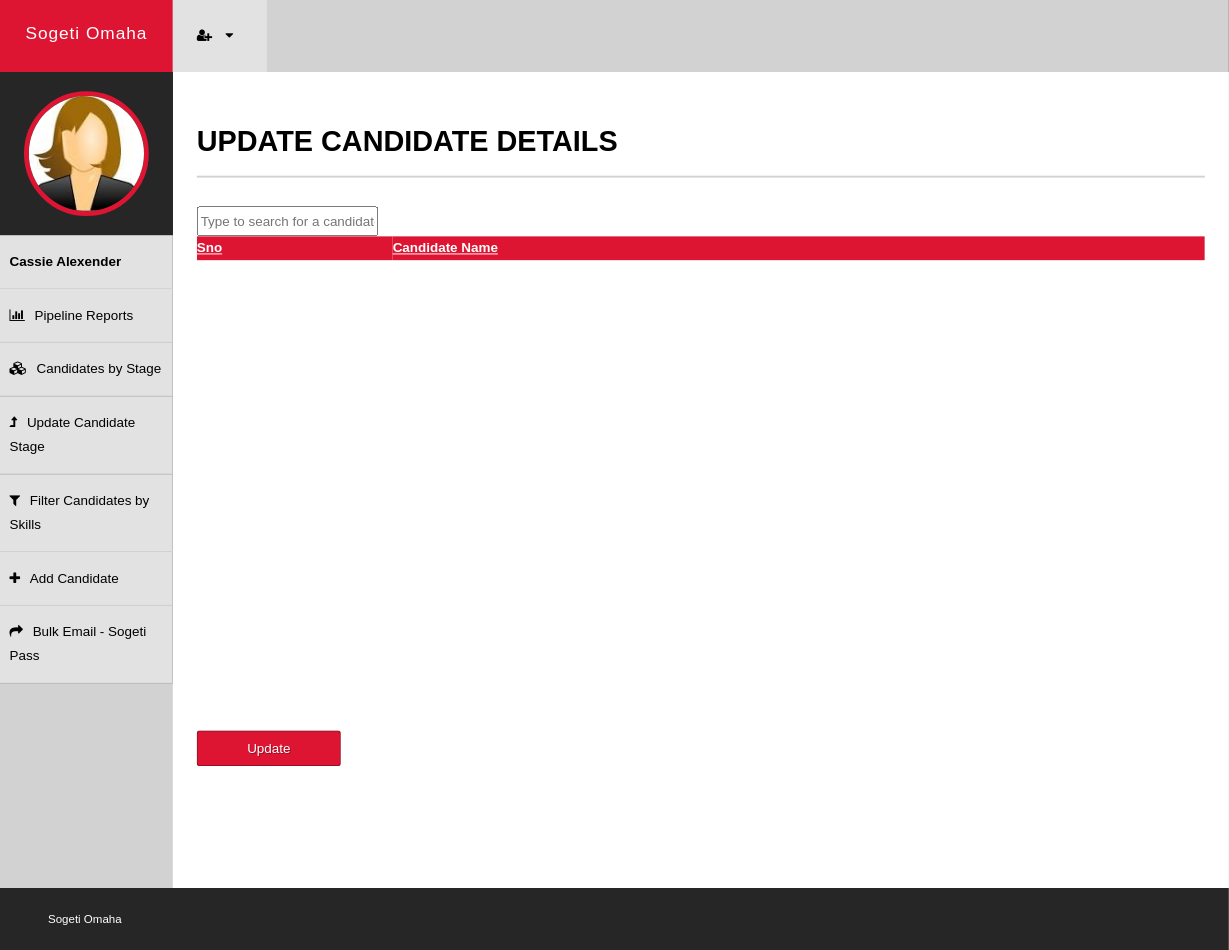
Repository: prasanana/Omaha-Sogeti-Recruiting
Page: http://localhost/Omaha_Sogeti_Recruitment/ModifyCandidateDetails.jsp
The author's editor kept a copy of each file at every save. The page is drawn from the files as they stood at one save, then again after the next save.
The browser window is 1280 px wide. The pictures show the whole page, at 96% of full size.
Some web fonts or font styles are not loaded; a fallback is used. The page is served by Tomcat 9.

Above is the page before, as saved 2015-03-26 18:24:25.

After the next save:
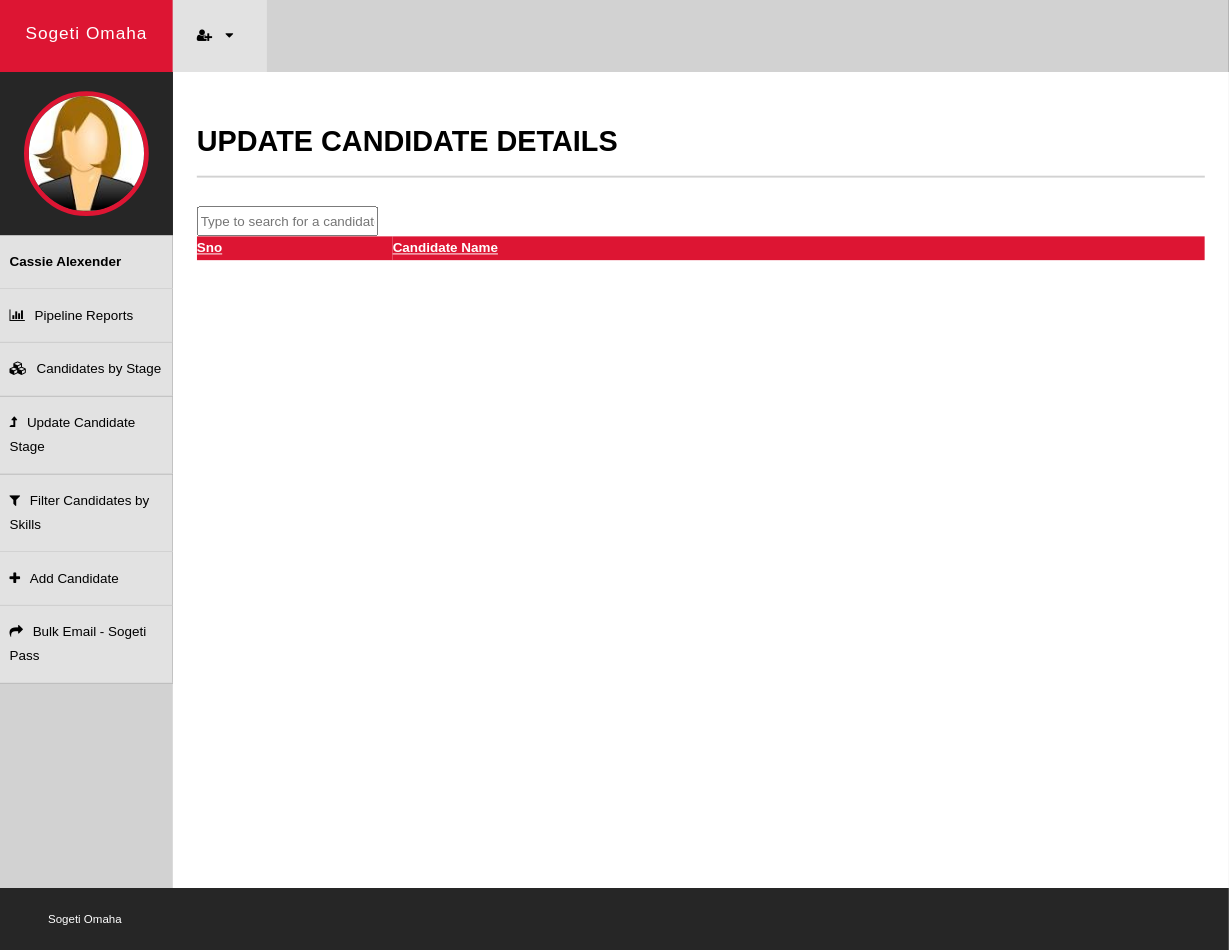
Saved 2 min 41 s later.
--- a/OmahaSogetiRecruitingWS/Omaha_Sogeti_Recruitment/WebContent/ModifyCandidateDetails.jsp
+++ b/OmahaSogetiRecruitingWS/Omaha_Sogeti_Recruitment/WebContent/ModifyCandidateDetails.jsp
@@ -117,7 +117,6 @@
 
 				</table>
 				</div>
-				<input type = "submit" value = "Update" />
 				</form>
 
             </div>
